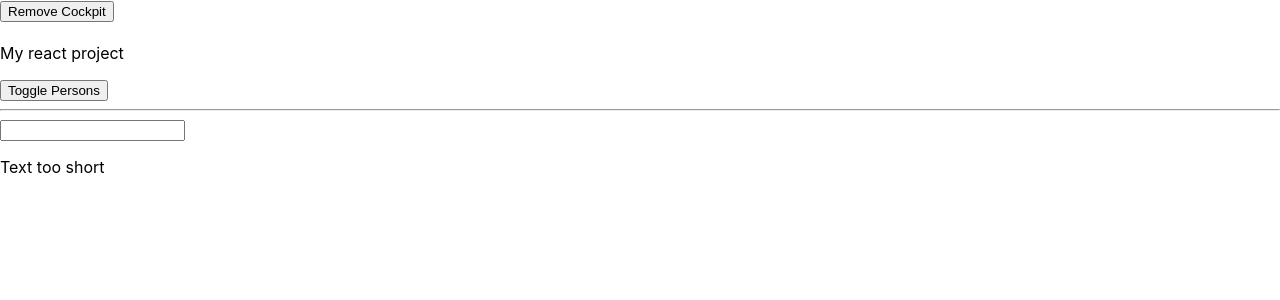
Repository: chrisbriz/myreactapp
Page: /
The author's editor kept a copy of each file at every save. The page is drawn from the files as they stood at one save, then again after the next save.
The browser window is 1280 px wide. The pictures show the whole page.
The project was rebuilt for these pictures with package versions that can differ from the ones it lists, and the page was loaded fresh each time. Also part of the build but not shown: src/Components/Persons/Person/Person.css, src/Components/Persons/Persons.js, src/Components/Cockpit/Cockpit.css.

Above is the page before, as saved 2019-02-18 11:29:57.

### src/index.js
import React from 'react';
import ReactDOM from 'react-dom';
import './index.css';
import App from './Containers/App';
import * as serviceWorker from './serviceWorker';

ReactDOM.render(<App appTitle="Person Manager"/>, document.getElementById('root'));

// If you want your app to work offline and load faster, you can change
// unregister() to register() below. Note this comes with some pitfalls.
// Learn more about service workers: http://bit.ly/CRA-PWA
serviceWorker.unregister();

### src/Containers/App.js
import React, { Component } from 'react';
import classes from './App.css';
import Validation from '../Components/Validation';
import Char from '../Components/Char';
import Persons from '../Components/Persons/Persons';
import Cockpit from '../Components/Cockpit/Cockpit';
import withCLass from '../HOC/withClass';
import Auxiliary from '../HOC/Auxiliary';


class App extends Component {

  constructor(props) {
    super(props);
    console.log('[App.js] constructor');
  }

  //state = component internal data, data source
  state = {
    persons: [
      { id: '1', name: 'Anna', age: '32' },
      { id: '2', name: 'Nova', age: '1' },
      { id: '3', name: 'Chris', age: '33' }
    ],
    showPersons: false,
    userInput: '',
    showCockpit: true
  }

  static getDerivedStateFromProps(props, state) {
    console.log('[App.js] getDerivedStateFromProps', props)
    return state;
  }

  //IMPORTANT LIFECYCLE HOOK
  componentDidMount() {
    console.log('[App.js] componentDidMount');
  }

  //IMPORTANT LIFECYCLE HOOK
  shouldComponentUpdate(nextProps, nextState) {
    console.log('[App-js] shouldComponentUpdate');
    return true;
  }

  //IMPORTANT LIFECYCLE HOOK
  componentDidUpdate() {
    console.log('[App-js] componentDidUpdate');
  }

  inputChangeHandler = (event) => {
    this.setState({ userInput: event.target.value })
  }

  deleteCharHandler = (index) => {
    const text = this.state.userInput.split('');
    text.splice(index, 1);
    const updatedText = text.join('');
    this.setState({ userInput: updatedText });
  }

  nameChangedHandler = (event, id) => {
    const personIndex = this.state.persons.findIndex(p => {
      return p.id === id;
    });

    const person = {
      ...this.state.persons[personIndex]
    };

    person.name = event.target.value;

    const persons = [...this.state.persons];
    persons[personIndex] = person;

    this.setState({ persons: persons })
  }

  deletePersonHandler = (personIndex) => {
    // const persons = this.state.persons.slice();
    /*spread operator = spreads le element of the initial array into a new array
    we now manipulate a copy of the original state (mutating the state directly is bad practice)
    then updating the state*/
    const persons = [...this.state.persons];
    persons.splice(personIndex, 1);
    this.setState({ persons: persons });
  }

  togglePersonsHandler = () => {
    const doesShow = this.state.showPersons;
    this.setState({ showPersons: !doesShow });
  }

  render() {
    console.log('[App.js] render')

    const charList = this.state.userInput.split('').map((ch, index) => {
      return <Char
        character={ch}
        key={index}
        clicked={() => this.deleteCharHandler(index)} />;
    });

    let persons = null;

    if (this.state.showPersons) {
      persons =
        <Persons
          persons={this.state.persons}
          clicked={this.deletePersonHandler}
          changed={this.nameChangedHandler} />
    }

    return (
      <Auxiliary>
        <button
          onClick={() => {
            this.setState({ showCockpit: false });
          }}>
          Remove Cockpit
        </button>
        {this.state.showCockpit ? (
          <Cockpit
            title={this.props.appTitle}
            showPersons={this.state.showPersons}
            personsLength={this.state.persons.length}
            clicked={this.togglePersonsHandler}
          />
        ) : null}
        {persons}
        <hr />
        <input
          type="text"
          onChange={this.inputChangeHandler}
          value={this.state.userInput} />
        <p>{this.state.userInput}</p>
        <Validation inputLength={this.state.userInput.length} />
        {charList}
      </Auxiliary>
    );
  }
}

export default withCLass(App, classes.App);

### src/Components/Validation.js
import React from 'react';

const validation = (props) => {
    let validationMessage = 'Text long enough';

    if(props.inputLength <= 5){
        validationMessage ='Text too short';
    }

    return (
        <div>
            <div>{validationMessage}</div>
        </div>
    );
};

export default validation;

### src/Components/Cockpit/Cockpit.js
import React, { useEffect } from 'react';
import classes from './Cockpit.css';

const cockpit = (props) => {
    useEffect(() => {
        console.log('[Cockpit.js] useEffect');
        //HTTP request...
        setTimeout(() => {
            alert('Saved data to the cloud');
        }, 1000);
        return () => {
            console.log('[Cockpit.js] clean up work in useEffect');
        };
    }, []);

    const assignedClasses = [];
    let btnClass = '';
    if (props.showPersons) {
        btnClass = classes.Red;
    }
    if (props.personsLength <= 2) {
        assignedClasses.push(classes.red);
    }
    if (props.personsLength <= 1) {
        assignedClasses.push(classes.bold);
    }

    return (
        <div className={classes.Cockpit}>
            <h1>{props.title}</h1>
            <p className={assignedClasses.join(' ')}>My react project</p>
            <button
                className={btnClass}
                onClick={props.clicked}>Toggle Persons</button>
        </div>
    );

};

export default React.memo(cockpit);

### src/HOC/withClass.js
import React from 'react';

const withClass = (WrappedComponent, className) => {
    return props => (
        <div className={className}>
            <WrappedComponent />
        </div>
    );
};

export default withClass;

### src/Components/Persons/Person/Person.js
import React, { Component } from 'react';

import Auxiliary from '../../../HOC/Auxiliary';
import withClass from '../../../HOC/withClass';
import classes from './Person.css';



//props = properties on the element in app.js
class Person extends Component {
  render() {
    console.log('[Person.js] rendering...');
    return (
      <Auxiliary>
        <p onClick={this.props.click}>
          i'm {this.props.name} and i am {this.props.age}!
        </p>
        <p key="i2">{this.props.children}</p>
        <input
          key="i3"
          type="text"
          onChange={this.props.changed}
          value={this.props.name}
        />
      </Auxiliary>
    );
  }
}

export default withClass(Person, classes.Person);

### src/Containers/App.css
.App {
  text-align: center;
}



.App-logo {
  animation: App-logo-spin infinite 20s linear;
  height: 40vmin;
}

.App-header {
  background-color: #282c34;
  min-height: 100vh;
  display: flex;
  flex-direction: column;
  align-items: center;
  justify-content: center;
  font-size: calc(10px + 2vmin);
  color: white;
}

.App-link {
  color: #61dafb;
}

@keyframes App-logo-spin {
  from {
    transform: rotate(0deg);
  }
  to {
    transform: rotate(360deg);
  }
}

Loaded but not shown: public/index.html (common file); src/index.css (common file); src/serviceWorker.js (common file); src/HOC/Auxiliary.js (common file); src/Components/Char.js (common file)

After the next save:
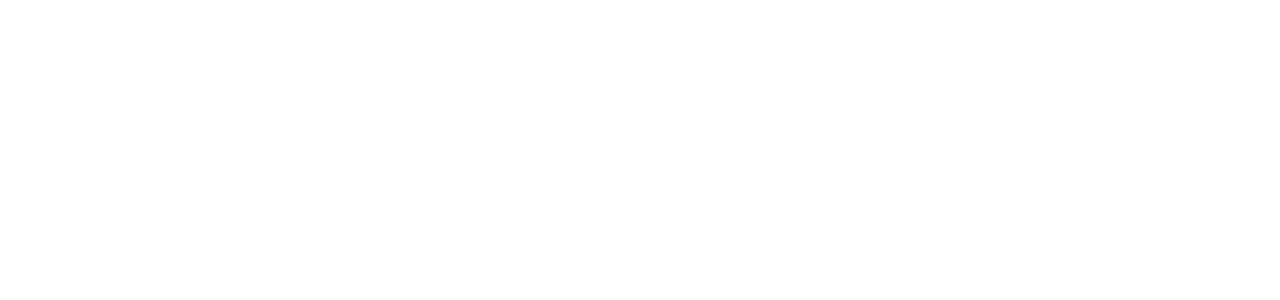
Console error: ReferenceError: classes is not defined
Saved 65 s later.
--- a/src/Components/Persons/Person/Person.js
+++ b/src/Components/Persons/Person/Person.js
@@ -2,7 +2,7 @@
 
 import Auxiliary from '../../../HOC/Auxiliary';
 import withClass from '../../../HOC/withClass';
-import classes from './Person.css';
+// import classes from './Person.css';
 
 
 

After the save that followed:
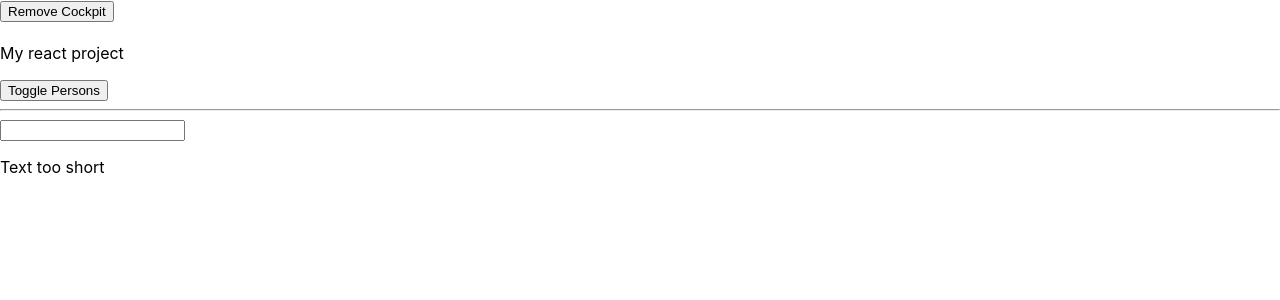
The error is gone.
Saved 20 s later.
--- a/src/Components/Persons/Person/Person.js
+++ b/src/Components/Persons/Person/Person.js
@@ -2,7 +2,7 @@
 
 import Auxiliary from '../../../HOC/Auxiliary';
 import withClass from '../../../HOC/withClass';
-// import classes from './Person.css';
+import classes from './Person.css';
 
 
 
